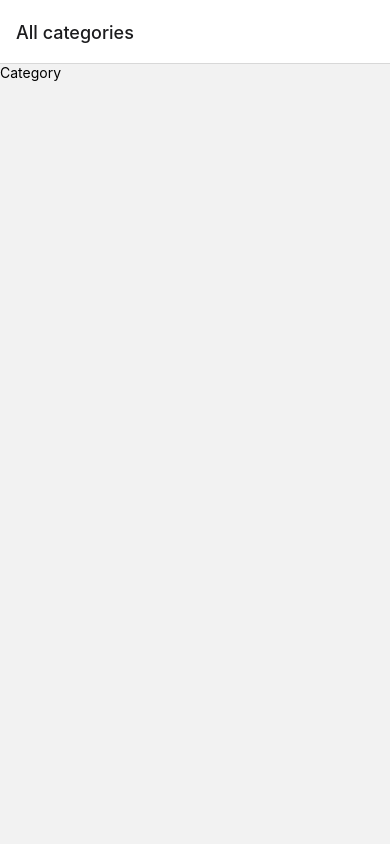
Repository: tammyluu/FullStack_Project
Screen: / (app in meals/)
These files come from the project's save history. The screen is drawn as it stood at one moment and after a run of saves; the edit follows.
The app was drawn by React Native's web renderer in a window 390 px wide. The project was rebuilt for these pictures with package versions that can differ from the ones it lists, and the page was loaded fresh each time. Also part of the build but not shown: meals/components/Home.js.

Above is the screen before, as saved 2023-11-10 10:30:26.

### meals/App.js
import { StatusBar } from 'expo-status-bar';
import { StyleSheet, Text, View } from 'react-native';
import Home from './components/Home';
import Category from './components/Category';
import Detail from './components/Detail';
import { createNativeStackNavigator } from '@react-navigation/native-stack';
import { NavigationContainer } from '@react-navigation/native';
const Stack = createNativeStackNavigator()

export default function App() {
  return (
   <NavigationContainer>
     <Stack.Navigator initialRouteName='Home'>
        <Stack.Screen name='Category' component={Category} options={{title :"All categories"}}/>
        <Stack.Screen name='Detail' component={Detail} options={{title :"Meal Detail"}}/>
     </Stack.Navigator>
   </NavigationContainer>
  );
}

const styles = StyleSheet.create({
  container: {
    flex: 1,
    backgroundColor: 'blue',
    alignItems: 'center',
    justifyContent: 'center',

  },
  myText:{
    fontSize : 50,
    fontWeight: 'bold',
  }
});

### meals/components/Category.js
import { StyleSheet, Text, View } from 'react-native'
import React from 'react'

export default function Category() {
  return (
    <View>
      <Text>Category</Text>
    </View>
  )
}

const styles = StyleSheet.create({})

### meals/components/Detail.js
import { StyleSheet, Text, View } from 'react-native'
import React from 'react'

export default function Detail() {
  return (
    <View>
      <Text>Detail</Text>
    </View>
  )
}

const styles = StyleSheet.create({})

After the next 2 saves:
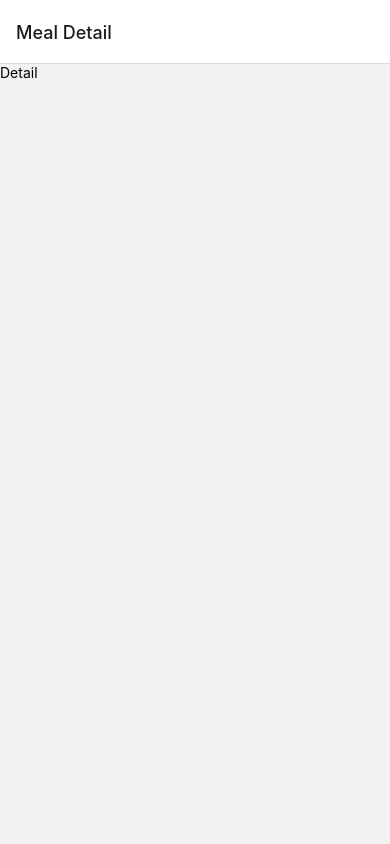
The 2 saves are shown as one change because 1 did not build or start.
The last was saved 12 min 17 s later.
--- a/meals/App.js
+++ b/meals/App.js
@@ -13,6 +13,7 @@ export default function App() {
      <Stack.Navigator initialRouteName='Home'>
         <Stack.Screen name='Category' component={Category} options={{title :"All categories"}}/>
         <Stack.Screen name='Detail' component={Detail} options={{title :"Meal Detail"}}/>
+        <Stack.Screen name='Home' component={Detail} options={{title :"Meal Detail"}}/>
      </Stack.Navigator>
    </NavigationContainer>
   );
